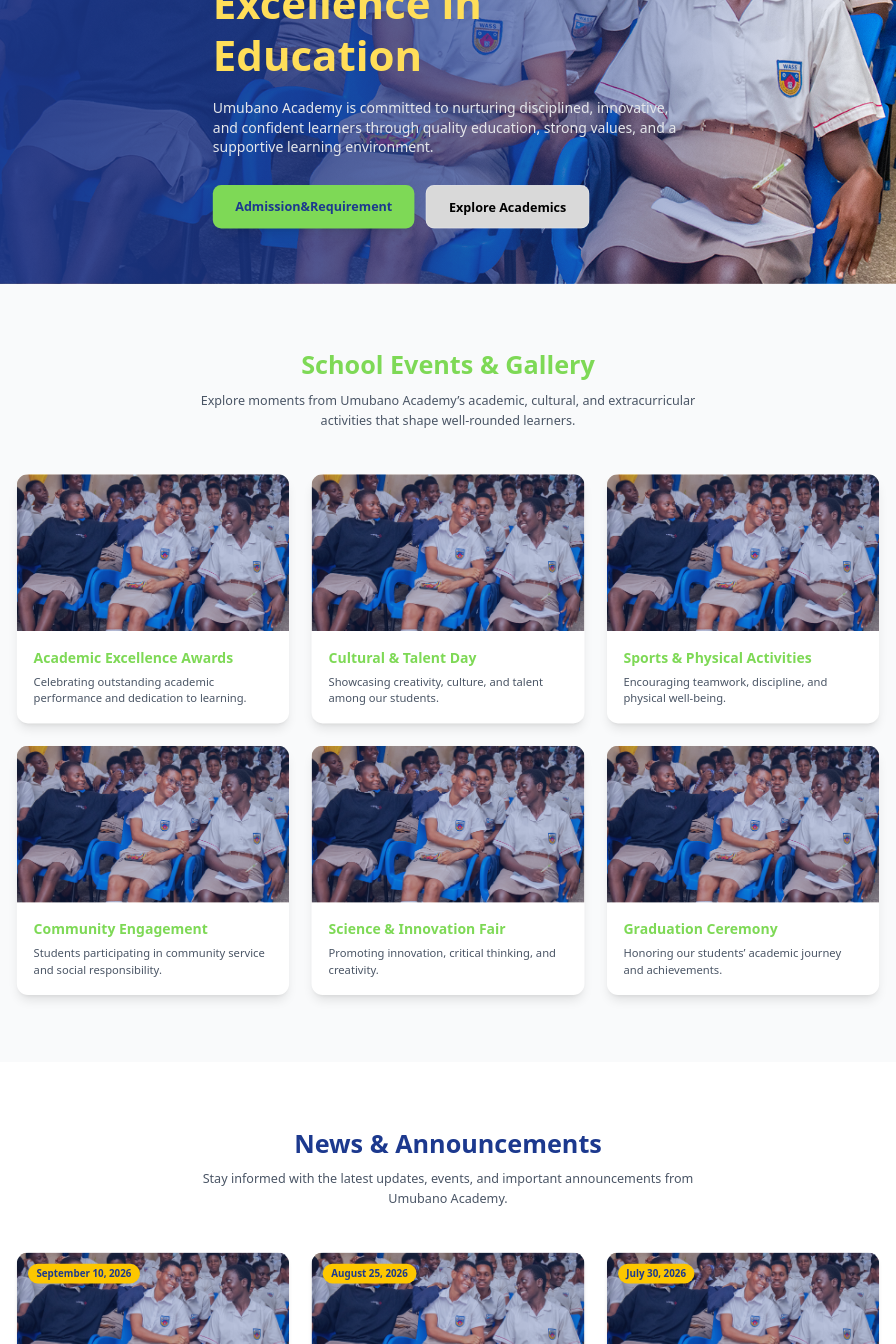
Repository: Umubano-Academy/umubano-academy-website
Page: /
These files come from the project's save history. The page is drawn as it stood at one moment and after the next save; the edit follows.
The browser window is 1280 px wide. The pictures show the part of the page from y = 439 to 2359 px (the page is 4935 px tall), at 70% of full size.
The project was rebuilt for these pictures with package versions that can differ from the ones it lists, and the page was loaded fresh each time. Also part of the build but not shown: vite.config.js, src/components/guest/Admission.jsx, src/components/guest/Academic.jsx, src/components/guest/About.jsx, src/components/admin/sidebar/data/menuData.js, src/components/admin/sidebar/SideBar.jsx, src/components/admin/Header/Header.jsx, src/components/admin/LayOut.jsx and 3 more.

Above is the page before, as saved 2026-01-13 18:57:35.

### index.html
<!doctype html>
<html lang="en">
  <head>
    <meta charset="UTF-8" />
    <!-- <link rel="icon" type="image/svg+xml" href="/vite.svg" /> -->
    <meta name="viewport" content="width=device-width, initial-scale=1.0" />
    <title>umubano-academy</title>
  </head>
  <body>
    <div id="root"></div>
    <script type="module" src="/src/main.jsx"></script>
  </body>
</html>

### src/App.jsx
import React from 'react'
import { BrowserRouter, Route, Routes } from 'react-router-dom'
import NavBar from './components/guest/NavBar'
import Hero from './components/guest/Hero'
import Event from './components/guest/Event'
import News from './components/guest/News'
import Layout from './components/guest/Layout'
import Home from './components/guest/Home'
import Admission from './components/guest/Admission'
import Academic from './components/guest/Academic'
import About from './components/guest/About'
import LayOut from './components/admin/LayOut'
import Dashboard from './components/admin/pages/Dashboard'
import Login from './components/guest/forms/Login'
import ResetPassword from './components/guest/forms/ResetPassword'


function App() {
  return (
    <BrowserRouter>

    <Routes>
      <Route path='/' element={<Layout />}>
      <Route index element={<Home />} />
      <Route path='/admission' element={<Admission />} />
      <Route path='/academic' element={<Academic />} />
      <Route path='/aboutus' element={<About />} />
      <Route path='/login' element={<Login />} />
      <Route path="/password-reset" element={<ResetPassword />} />
      </Route>

      <Route path='/admin' element={<LayOut />}>
      <Route index element={<Dashboard />} />
      </Route>
    </Routes>
    </BrowserRouter>

  )
}

export default App

### src/components/guest/Hero.jsx
import React from "react"
import { motion } from "framer-motion"
import heroImage from "../../assets/umubano.jpg"

function Hero() {
  return (
    <section
      className="relative h-screen flex items-center"
      style={{
        backgroundImage: `url(${heroImage})`,
        backgroundSize: "cover",
        backgroundPosition: "center",
      }}
    >
      {/* Overlay */}
      <div className="absolute inset-0 bg-gradient-to-r from-blue-900/90 via-blue-900/70 to-transparent"></div>

      {/* Content */}
      <div className="relative z-10 max-w-7xl mx-auto px-6">
        <motion.div
          initial={{ opacity: 0, y: 40 }}
          animate={{ opacity: 1, y: 0 }}
          transition={{ duration: 0.8 }}
          className="max-w-2xl text-white"
        >
          <span className="inline-block mb-4 px-4 py-2 bg-white/10 backdrop-blur rounded-full text-sm font-medium">
            Welcome to Umubano Academy
          </span>

          <h1 className="text-4xl md:text-6xl font-bold leading-tight mb-6">
            Shaping Future Leaders Through{" "}
            <span className="text-[#FFDE59]">Excellence in Education</span>
          </h1>

          <p className="text-lg md:text-xl text-gray-200 mb-10">
            Umubano Academy is committed to nurturing disciplined, innovative,
            and confident learners through quality education, strong values,
            and a supportive learning environment.
          </p>

          <div className="flex flex-col sm:flex-row gap-4">
            <a
              href="/admission"
              className="bg-[#7ED956] text-blue-900 px-8 py-4 rounded-xl font-semibold text-lg hover:bg-[#FFDE59] transition shadow-lg"
            >
              Admission&Requirement
            </a>

            <a
              href="/academic"
              className="border border-white/40 px-8 py-4 rounded-xl font-semibold text-lg text-black bg-[#D9D9D9] hover:bg-[#0AB0EE] hover:text-blue-900 transition"
            >
              Explore Academics
            </a>
          </div>
        </motion.div>
      </div>
    </section>
  )
}

export default Hero

### src/components/guest/Event.jsx
import React from "react"
import { motion } from "framer-motion"
import heroImage from "../../assets/umubano.jpg"

function Event() {
  const items = [
    {
      title: "Academic Excellence Awards",
      description:
        "Celebrating outstanding academic performance and dedication to learning.",
      image: heroImage,
    },
    {
      title: "Cultural & Talent Day",
      description:
        "Showcasing creativity, culture, and talent among our students.",
      image: heroImage,
    },
    {
      title: "Sports & Physical Activities",
      description:
        "Encouraging teamwork, discipline, and physical well-being.",
      image: heroImage,
    },
    {
      title: "Community Engagement",
      description:
        "Students participating in community service and social responsibility.",
      image: heroImage,
    },
    {
      title: "Science & Innovation Fair",
      description:
        "Promoting innovation, critical thinking, and creativity.",
      image: heroImage,
    },
    {
      title: "Graduation Ceremony",
      description:
        "Honoring our students’ academic journey and achievements.",
      image: heroImage,
    },
  ]

  return (
    <section className="py-24 bg-gray-50">
      <div className="max-w-7xl mx-auto px-6">

        {/* Section Header */}
        <motion.div
          initial={{ opacity: 0, y: 30 }}
          whileInView={{ opacity: 1, y: 0 }}
          viewport={{ once: true }}
          transition={{ duration: 0.6 }}
          className="text-center max-w-3xl mx-auto mb-16"
        >
          <h2 className="text-3xl md:text-4xl font-bold text-[#7ED956] mb-4">
            School Events & Gallery
          </h2>
          <p className="text-gray-600 text-lg">
            Explore moments from Umubano Academy’s academic, cultural, and
            extracurricular activities that shape well-rounded learners.
          </p>
        </motion.div>

        {/* Cards Grid */}
        <motion.div
          initial="hidden"
          whileInView="visible"
          viewport={{ once: true }}
          variants={{
            visible: {
              transition: {
                staggerChildren: 0.15,
              },
            },
          }}
          className="grid grid-cols-1 sm:grid-cols-2 lg:grid-cols-3 gap-8"
        >
          {items.map((item, index) => (
            <motion.div
              key={index}
              variants={{
                hidden: { opacity: 0, y: 40 },
                visible: { opacity: 1, y: 0 },
              }}
              transition={{ duration: 0.6 }}
              className="group bg-white rounded-2xl shadow-lg overflow-hidden hover:-translate-y-2 transition"
            >
              {/* Image */}
              <div className="relative h-56 overflow-hidden">
                <img
                  src={item.image}
                  alt={item.title}
                  className="w-full h-full object-cover group-hover:scale-110 transition duration-500"
                />
                <div className="absolute inset-0 bg-blue-900/30 group-hover:bg-blue-900/50 transition"></div>
              </div>

              {/* Content */}
              <div className="p-6">
                <h3 className="text-xl font-semibold text-[#7ED956] mb-2">
                  {item.title}
                </h3>
                <p className="text-gray-600">
                  {item.description}
                </p>
              </div>
            </motion.div>
          ))}
        </motion.div>
      </div>
    </section>
  )
}

export default Event

### src/components/guest/News.jsx
import React from "react"
import { motion } from "framer-motion"
import heroImage from "../../assets/umubano.jpg"

function News() {
  const newsList = [
    {
      title: "Opening of New Academic Term",
      date: "September 10, 2026",
      description:
        "Umubano Academy welcomes students and parents to the new academic term with renewed commitment to excellence.",
      image: heroImage,
    },
    {
      title: "Admissions Now Open",
      date: "August 25, 2026",
      description:
        "Applications are now open for Nursery, Primary, and Secondary levels for the upcoming academic year.",
      image: heroImage,
    },
    {
      title: "Outstanding National Examination Results",
      date: "July 30, 2026",
      description:
        "Our students achieved excellent results in the national examinations, reflecting our quality education.",
      image: heroImage,
    },
  ]

  return (
    <section className="py-24 bg-white">
      <div className="max-w-7xl mx-auto px-6">

        {/* Section Header */}
        <motion.div
          initial={{ opacity: 0, y: 30 }}
          whileInView={{ opacity: 1, y: 0 }}
          viewport={{ once: true }}
          transition={{ duration: 0.6 }}
          className="text-center max-w-3xl mx-auto mb-16"
        >
          <h2 className="text-3xl md:text-4xl font-bold text-blue-900 mb-4">
            News & Announcements
          </h2>
          <p className="text-gray-600 text-lg">
            Stay informed with the latest updates, events, and important
            announcements from Umubano Academy.
          </p>
        </motion.div>

        {/* News Grid */}
        <motion.div
          initial="hidden"
          whileInView="visible"
          viewport={{ once: true }}
          variants={{
            visible: {
              transition: { staggerChildren: 0.15 },
            },
          }}
          className="grid grid-cols-1 md:grid-cols-2 lg:grid-cols-3 gap-8"
        >
          {newsList.map((news, index) => (
            <motion.article
              key={index}
              variants={{
                hidden: { opacity: 0, y: 40 },
                visible: { opacity: 1, y: 0 },
              }}
              transition={{ duration: 0.6 }}
              className="bg-gray-50 rounded-2xl shadow-md hover:shadow-xl transition overflow-hidden group"
            >
              {/* Image */}
              <div className="relative h-48 overflow-hidden">
                <img
                  src={news.image}
                  alt={news.title}
                  className="w-full h-full object-cover group-hover:scale-110 transition duration-500"
                />
                <div className="absolute inset-0 bg-blue-900/30"></div>

                {/* Date Badge */}
                <span className="absolute top-4 left-4 bg-yellow-400 text-blue-900 px-3 py-1 rounded-full text-sm font-semibold">
                  {news.date}
                </span>
              </div>

              {/* Content */}
              <div className="p-6">
                <h3 className="text-xl font-semibold text-blue-900 mb-3">
                  {news.title}
                </h3>
                <p className="text-gray-600 mb-5">
                  {news.description}
                </p>

                <a
                  href="#"
                  className="text-blue-900 font-semibold hover:text-blue-700 transition"
                >
                  Read More →
                </a>
              </div>
            </motion.article>
          ))}
        </motion.div>

        {/* View All */}
        <div className="text-center mt-14">
          <a
            href="/news"
            className="inline-block bg-blue-900 text-white px-8 py-4 rounded-xl font-semibold hover:bg-blue-800 transition shadow-lg"
          >
            View All News
          </a>
        </div>

      </div>
    </section>
  )
}

export default News

### src/components/guest/Layout.jsx
import React from 'react'
import NavBar from './NavBar'
import { Outlet } from 'react-router-dom'
import Footer from './Footer'


function Layout() {
  return (
    <div>
      <NavBar />

      <div>
        <Outlet />
      </div>
      <div>
        <Footer />
      </div>
    </div>
  )
}

export default Layout

### src/components/guest/Home.jsx
import React from 'react'
import NavBar from './NavBar'
import Hero from './Hero'
import Event from './Event'
import News from './News'
import Contact from './Contact'

function Home() {
  return (
    <div>
      <Hero />
      <Event />
      <News />
      <Contact />

    </div>
  )
}

export default Home

### src/components/guest/Footer.jsx
import React from "react"
import {
  Phone,
  Mail,
  MapPin,
  Facebook,
  Twitter,
  Instagram,
  GraduationCap,
} from "lucide-react"
import logo from "../../assets/UALOGO.png"

function Footer() {
  return (
    <footer className="bg-[#0AB0EE] text-white">
      <div className="max-w-7xl mx-auto px-6 py-20">

        {/* Top Section */}
        <div className="grid grid-cols-1 md:grid-cols-2 lg:grid-cols-4 gap-12">

          {/* School Info */}
          <div>
            <div className="flex items-center gap-3 mb-6">
              <img src={logo} alt="Umubano Academy Logo" className="w-16 h-16 object-contain" />
              <h3 className="text-xl font-bold text-white">
                Umubano Academy
              </h3>
            </div>
            <p className="text-white leading-relaxed">
              Umubano Academy is dedicated to providing quality education,
              strong values, and a nurturing environment that shapes future
              leaders.
            </p>
          </div>

          {/* Quick Links */}
          <div>
            <h4 className="text-lg font-semibold text-white mb-6">
              Quick Links
            </h4>
            <ul className="space-y-4">
              {[
                "Home",
                "About Us",
                "Academics",
                "Admissions",
                "News",
                "Contact",
              ].map((link) => (
                <li key={link}>
                  <a
                    href={`/${link.toLowerCase().replace(" ", "")}`}
                    className="hover:text-yellow-400 transition"
                  >
                    {link}
                  </a>
                </li>
              ))}
            </ul>
          </div>

          {/* Contact Info */}
          <div>
            <h4 className="text-lg font-semibold text-white mb-6">
              Contact Us
            </h4>
            <ul className="space-y-4">
              <li className="flex items-start gap-3">
                <Phone size={18} className="text-yellow-400 mt-1" />
                <span>+250 782029655</span>
              </li>
              <li className="flex items-start gap-3">
                <Mail size={18} className="text-yellow-400 mt-1" />
                <span>info@umubanoacademy.rw</span>
              </li>
              <li className="flex items-start gap-3">
                <MapPin size={18} className="text-yellow-400 mt-1" />
                <span>
                  Kigali City, Kicukiro District, Kabeza
                </span>
              </li>
            </ul>
          </div>

          {/* Motto & Social */}
          <div>
            <h4 className="text-lg font-semibold text-white mb-6">
              Our Motto
            </h4>
            <p className="italic mb-6">
              “Knowledge, Discipline & Excellence”
            </p>

            <div className="flex gap-4">
              <a
                href="#"
                className="w-10 h-10 bg-white/10 flex items-center justify-center rounded-full hover:bg-yellow-400 hover:text-blue-900 transition"
              >
                <Facebook size={18} />
              </a>
              <a
                href="#"
                className="w-10 h-10 bg-white/10 flex items-center justify-center rounded-full hover:bg-yellow-400 hover:text-blue-900 transition"
              >
                <Twitter size={18} />
              </a>
              <a
                href="#"
                className="w-10 h-10 bg-white/10 flex items-center justify-center rounded-full hover:bg-yellow-400 hover:text-blue-900 transition"
              >
                <Instagram size={18} />
              </a>
            </div>
          </div>

        </div>
      </div>

      {/* Bottom Bar */}
      <div className="border-t border-white/10 py-6 text-center text-sm text-white">
        © {new Date().getFullYear()} Umubano Academy. All rights reserved.
      </div>
    </footer>
  )
}

export default Footer

Loaded but not shown: src/main.jsx (common file); src/index.css (common file); src/components/guest/Contact.jsx (156 lines, source omitted); src/components/guest/NavBar.jsx (127 lines, source omitted)

After the next save:
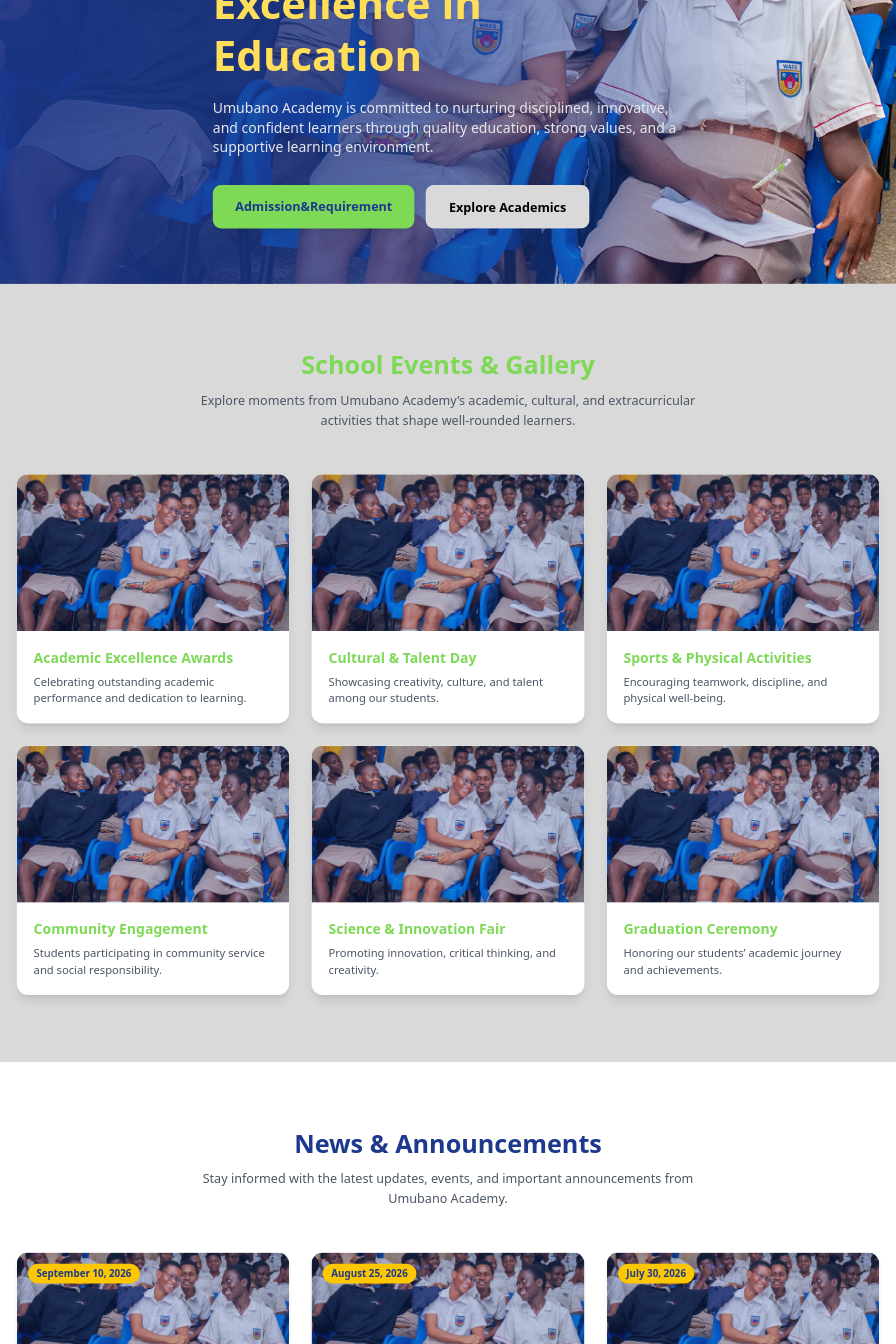
Saved 36 s later.
--- a/src/components/guest/Event.jsx
+++ b/src/components/guest/Event.jsx
@@ -43,7 +43,7 @@
   ]
 
   return (
-    <section className="py-24 bg-gray-50">
+    <section className="py-24 bg-[#D9D9D9]">
       <div className="max-w-7xl mx-auto px-6">
 
         {/* Section Header */}

After the save that followed:
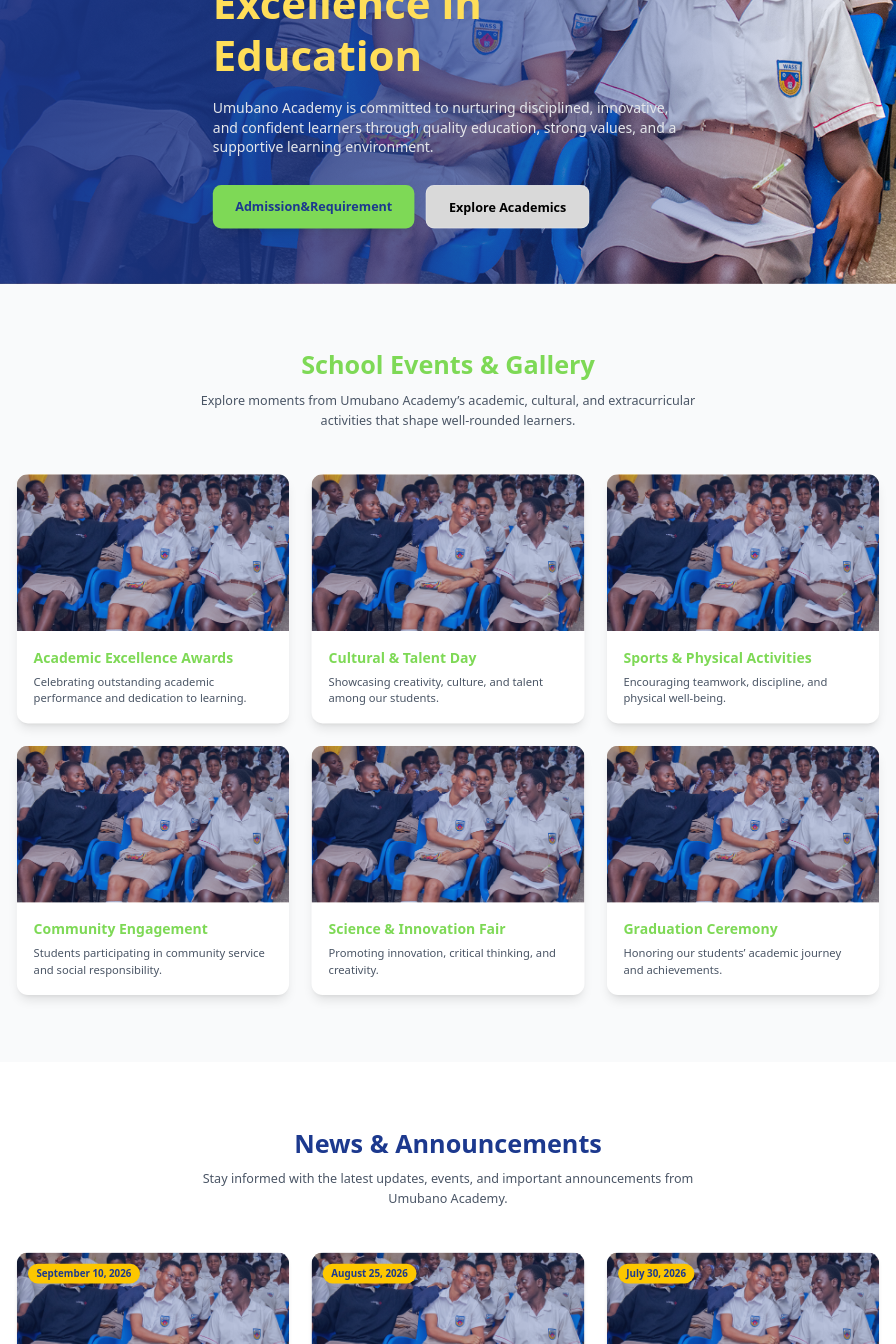
Saved 25 s later.
--- a/src/components/guest/Event.jsx
+++ b/src/components/guest/Event.jsx
@@ -43,7 +43,7 @@
   ]
 
   return (
-    <section className="py-24 bg-[#D9D9D9]">
+    <section className="py-24 bg-gray-50">
       <div className="max-w-7xl mx-auto px-6">
 
         {/* Section Header */}
